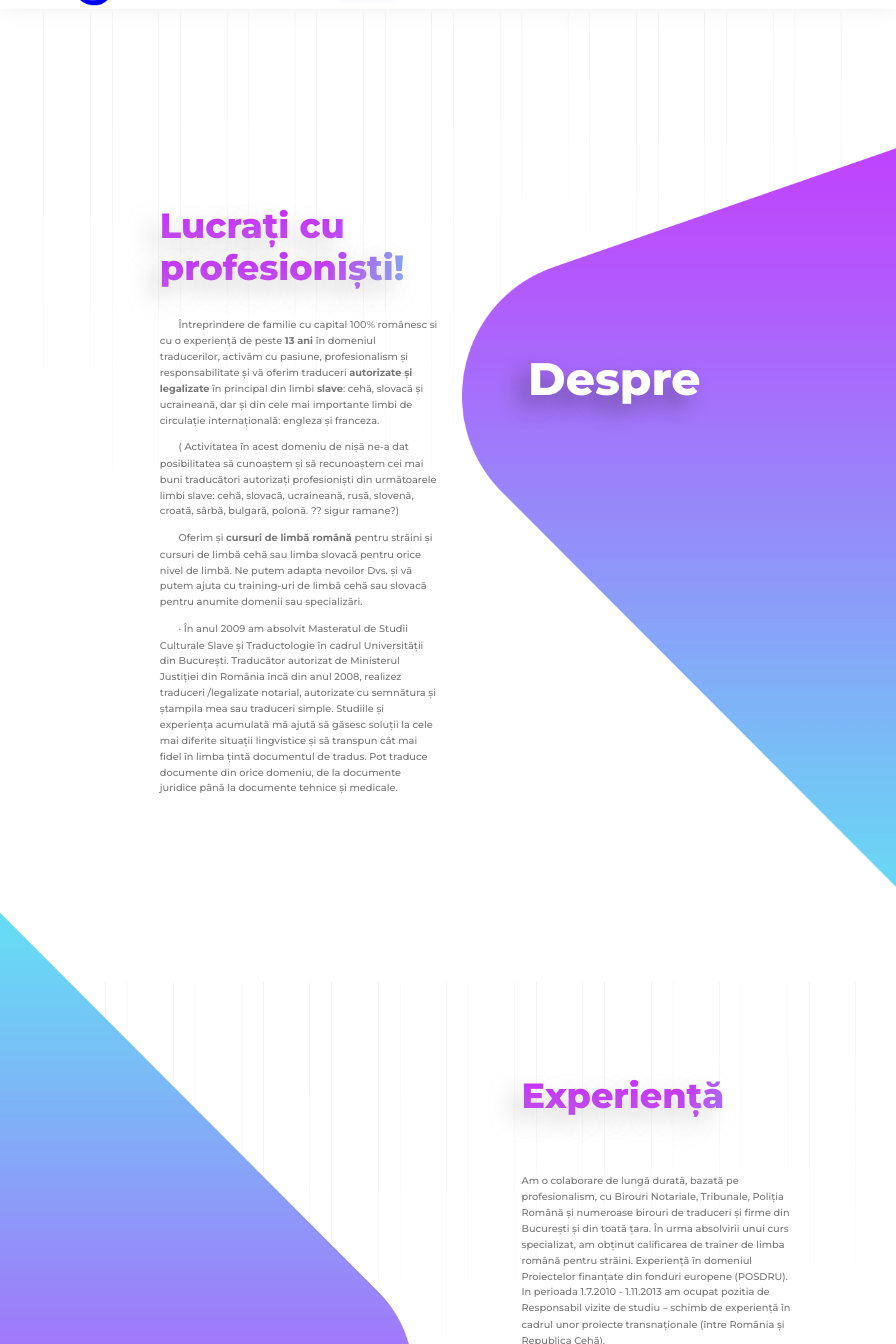
Repository: roscaImarius/site_traduceri
Page: index.html
These files come from the project's save history. The page is drawn as it stood at one moment and after the next save; the edit follows.
The browser window is 1280 px wide. The pictures show the part of the page from y = 678 to 2598 px (the page is 7580 px tall), at 70% of full size.

Above is the page before, as saved 2022-03-17 15:12:45.

### index.html
<!DOCTYPE html>
<html lang="en" class="no-js">
  <head>
    <meta
      name="viewport"
      content="width=device-width, initial-scale=1, shrink-to-fit=no"
    />
    <meta name="author" content="CodePixar" />
    <meta name="description" content="" />
    <meta name="keywords" content="" />
    <meta charset="UTF-8" />

    <title>Traduceri</title>

    <link
      href="https://fonts.googleapis.com/css?family=Montserrat:500,600,700,800,900"
      rel="stylesheet"
    />
    <link
      href="https://fonts.googleapis.com/css?family=Open+Sans:400,600"
      rel="stylesheet"
    />
    <!-- ===========================================
		CSS Files
    ============================================= -->
    <link rel="stylesheet" href="css/font-awesome.min.css" />
    <link rel="stylesheet" href="css/bootstrap.css" />
    <link rel="stylesheet" href="css/main.css" />
  </head>

  <body class="version5" id="top">
    <div class="se-pre-con"></div>

    <!--================ Start Banner Area =================-->
    <section class="home-area" id="home">
      <div class="banner-area relative">
        <div class="container-fluid">
          <div class="row justify-content-center height align-items-center">
            <div class="col-lg-5 col-md-6 col-sm-12">
              <div class="banner-img">
                <img class="img-fluid" src="img/banner-img5.jpg" alt="" />
              </div>
            </div>
            <div class="col-lg-5 col-md-6 col-sm-12">
              <div class="banner-content text-right">
                <h4 class="mb-30 hello text-uppercase text-white">
                  Salut, noi suntem
                </h4>
                <h1 class="name">Catrina Traduceri</h1>
                <p class="mt-5 h6 pHome dark">
                  Ne numărăm printre foarte puținii traducători autorizați de
                  Ministerul Justiției din România pentru traduceri din limbile
                  slave, de nisă: cehă, slovacă și ucraineană.
                </p>
              </div>
            </div>
          </div>
        </div>
      </div>
    </section>
    <!--================Header Menu Area =================-->
    <header class="header_area" id="header5">
      <div class="main_menu">
        <nav class="navbar navbar-expand-lg">
          <div class="container-fluid">
            <!-- Brand and toggle get grouped for better mobile display -->
            <a class="navbar-brand logo_h" href="index.html"
              ><img class="logoo" src="img/logo5_1.png" alt=""
            /></a>
            <button
              class="navbar-toggler"
              type="button"
              data-toggle="collapse"
              data-target="#navbarSupportedContent"
              aria-controls="navbarSupportedContent"
              aria-expanded="false"
              aria-label="Toggle navigation"
            >
              <i class="fas fa-bars"></i>
            </button>
            <!-- Collect the nav links, forms, and other content for toggling -->
            <div
              class="collapse navbar-collapse offset"
              id="navbarSupportedContent"
            >
              <ul class="nav navbar-nav menu_nav ml-auto nav5">
                <li class="nav-item active5">
                  <a class="nav-link" href="#home">Acasă</a>
                </li>
                <li class="nav-item">
                  <a class="nav-link" href="#about">Despre</a>
                </li>
                <li class="nav-item">
                  <a class="nav-link" href="#resume">Curriculum Vitae</a>
                </li>
                <li class="nav-item">
                  <a class="nav-link" href="#portfolio">prețuri</a>
                </li>
                <li class="nav-item">
                  <a class="nav-link" href="#contact">contact</a>
                </li>
              </ul>

              <!-- SOCIAL MEDIA -->
              <ul class="nav navbar-nav social-icons">
                <li class="nav-item">
                  <a href="https://www.facebook.com/catrina.traduceri">
                    <i class="fab fa-facebook-f"></i>
                  </a>
                </li>
                <li class="nav-item">
                  <a
                    href="https://www.linkedin.com/in/ionut-catrina-405244178/"
                  >
                    <i class="fab fa-linkedin"></i>
                  </a>
                </li>
                <li class="nav-item">
                  <a href="#">
                    <i class="fab fa-youtube"></i>
                  </a>
                </li>
              </ul>
            </div>
          </div>
        </nav>
      </div>
    </header>

    <!--================ Start About Area =================-->
    <section class="about-area section-gap-top-5 relative" id="about">
      <div class="container-fluid">
        <div class="row row-reverse">
          <div class="offset-lg-2 col-lg-4 col-md-12">
            <h2 class="heading mb-40">Lucrați cu profesioniști!</h2>
            <p style="text-indent: 20pt">
              Întreprindere de familie cu capital 100% românesc si cu o
              experiență de peste
              <span style="font-weight: bold">13 ani</span> în domeniul
              traducerilor, activăm cu pasiune, profesionalism și
              responsabilitate și vă oferim traduceri
              <span style="font-weight: bold"> autorizate și legalizate</span>
              în principal din limbi
              <span style="font-weight: bold">slave</span>: cehă, slovacă și
              ucraineană, dar și din cele mai importante limbi de circulație
              internațională: engleza și franceza. <br />
            </p>

            <p style="text-indent: 20pt">
              ( Activitatea în acest domeniu de nișă ne-a dat posibilitatea să
              cunoaștem și să recunoaștem cei mai buni traducători autorizați
              profesioniști din următoarele limbi slave: cehă, slovacă,
              ucraineană, rusă, slovenă, croată, sârbă, bulgară, polonă. ??
              sigur ramane?)
            </p>
            <p style="text-indent: 20pt">
              Oferim și
              <span style="font-weight: bold">cursuri de limbă română</span>
              pentru străini și cursuri de limbă cehă sau limba slovacă pentru
              orice nivel de limbă. Ne putem adapta nevoilor Dvs. și vă putem
              ajuta cu training-uri de limbă cehă sau slovacă pentru anumite
              domenii sau specializări.
            </p>
            <p class="mb-50" style="text-indent: 20pt">
              &middot; În anul 2009 am absolvit Masteratul de Studii Culturale
              Slave și Traductologie în cadrul Universității din București.
              Traducător autorizat de Ministerul Justiției din România încă din
              anul 2008, realizez traduceri /legalizate notarial, autorizate cu
              semnătura și ștampila mea sau traduceri simple. Studiile și
              experiența acumulată mă ajută să găsesc soluții la cele mai
              diferite situații lingvistice și să transpun cât mai fidel în
              limba țintă documentul de tradus. Pot traduce documente din orice
              domeniu, de la documente juridice până la documente tehnice și
              medicale.
            </p>
          </div>

          <div class="col-lg-6 p-0 col-md-12">
            <div class="right-side">
              <h2 class="text-white right-heading">Despre</h2>
            </div>
          </div>
        </div>
      </div>
    </section>

    <!--================ Start Experience Area =================-->
    <section class="experience-area relative" id="resume">
      <div class="container-fluid">
        <div class="row">
          <div class="col-lg-6 p-0 col-md-12">
            <div class="left-side">
              <h2 class="text-white indented cv left-heading">C.V.</h2>
            </div>
          </div>

          <div class="xpDiv col-lg-4 md-mr col-md-12">
            <h2 class="heading mb-80">Experiență</h2>
            <div class="resume-content">
              <div class="work-exp mb-50">
                <p>
                  Am o colaborare de lungă durată, bazată pe profesionalism, cu
                  Birouri Notariale, Tribunale, Poliția Română și numeroase
                  birouri de traduceri și firme din București și din toată țara.
                  În urma absolvirii unui curs specializat, am obținut
                  calificarea de trainer de limba română pentru străini.
                  Experiență în domeniul Proiectelor finanțate din fonduri
                  europene (POSDRU). In perioada 1.7.2010 - 1.11.2013 am ocupat
                  pozitia de Responsabil vizite de studiu – schimb de experiență
                  în cadrul unor proiecte transnaționale (între România și
                  Republica Cehă).
                </p>
              </div>

              <h2 class="heading mt-120 mb-80">Education</h2>
              <div class="study">
                <h4 class="subject">Master</h4>
                <p>
                  <span class="title">Session</span>
                  <span class="info">: 2010-11</span>
                </p>
                <p>
                  <span class="title">Result</span>
                  <span class="info">: 3.78 (In the Scale of 4.00)</span>
                </p>
              </div>

              <div class="study">
                <h4 class="subject">Bachelor</h4>
                <p>
                  <span class="title">Session</span>
                  <span class="info">: 2006-09</span>
                </p>
                <p>
                  <span class="title">Result</span>
                  <span class="info">: 3.40 (In the Scale of 4.00)</span>
                </p>
              </div>

              <div class="study">
                <h4 class="subject">Diploma</h4>
                <p>
                  <span class="title">Session</span>
                  <span class="info">: 20063-06</span>
                </p>
                <p>
                  <span class="title">Result</span>
                  <span class="info">: 4.94 (In the Scale of 5.00)</span>
                </p>
              </div>
            </div>
          </div>
        </div>
      </div>
    </section>

    <!--================ Start PRICE Area =================-->
    <section class="price-area section-gap-top-5 relative" id="portfolio">
      <div class="container-fluid">
        <div class="row row-reverse">
          <div class="divFaraPret offset-lg-2 col-lg-4 col-md-12">
            <h2 class="heading mb-40">Detalii tarife</h2>
            <h1>Text</h1>
            <p>
              Lorem ipsum dolor sit amet consectetur adipisicing elit. Tempora
              omnis rem magnam voluptatum molestiae, unde id fuga illum
              consequatur nisi? Unde voluptates quia enim ab quae consequatur.
              Doloremque amet eveniet autem hic error veniam ullam aliquid
              aperiam corrupti expedita tempora fugiat, accusantium esse alias
              ea quam architecto totam perferendis, eum excepturi consectetur,
              distinctio placeat! A iure sint corporis fuga aperiam quo incidunt
              enim aut vel totam, dolorum architecto sed placeat, doloribus quam
              fugit! Deserunt iure eligendi at laborum corrupti libero,
              molestias, aliquid hic, nihil non ad voluptatum esse molestiae
              quam culpa sit quos! Maiores molestiae ab laboriosam nam magnam,
              illo eligendi dolorem explicabo. Expedita consequatur debitis
              ratione excepturi exercitationem quam neque quaerat magni aliquid
              voluptate, velit voluptatem ut quasi facilis totam ipsa nulla unde
              assumenda perspiciatis non sequi pariatur repellat? Dicta voluptas
              magni id omnis eveniet sunt consectetur aperiam necessitatibus
              sequi tempora quos neque sit iure aspernatur deserunt atque cum,
              debitis quibusdam inventore facilis velit, consequatur nobis
              excepturi. Suscipit dolorem, quisquam quos non reiciendis, earum
              repudiandae error nobis aspernatur optio expedita eligendi atque
              odit nihil ullam cumque a sunt aperiam culpa obcaecati corporis
              iusto? Magnam sequi, necessitatibus nemo odit illo nobis aut,
              voluptas suscipit consequuntur voluptatibus nisi earum. Dolor,
              aperiam?
            </p>
          </div>

          <div class="divPreturi col-lg-6 p-0 col-md-12">
            <div class="right-side">
              <h2 class="text-white right-heading">Prețuri</h2>
            </div>
          </div>
        </div>
      </div>
    </section>

    <!--================ Start CONTACT Area =================-->
    <section class="client-area relative" id="contact">
      <div class="container-fluid">
        <div class="row">
          <div class="col-lg-6 p-0 col-md-12">
            <div class="left-side">
              <h2 class="text-white left-heading">Contact</h2>
            </div>
          </div>

          <div class="contactDiv offset-lg-2 col-lg-4 col-md-12">
            <div class="form-area text-left">
              <h5><i>Telefon:</i></h5>
              <p>+40 726 471 135 <br /></p>
            </div>

            <div class="form-area text-left">
              <h5><i>E-mail:</i></h5>
              <p>catrina.traduceri@yahoo.com</p>
            </div>

            <div class="form-area adresa text-left">
              <h5><i>Adresă:</i></h5>
              <p>
                Calea Dorobantilor nr. 135-145, bl. 10, sc. C, Ap. 156, sector
                1, Bucuresti.
              </p>
            </div>
            <img class="mapa" src="./img/mapa.png" alt="" />
            <img class="mapa" src="./img/mapa.png" alt="" />
            <img class="mapa" src="./img/mapa.png" alt="" />
          </div>
        </div>
      </div>
    </section>

    <!--= Start Scroll to Top Area ########## -->
    <div id="back-top">
      <a title="Go to Top" href="#">
        <i class="fas fa-angle-up"></i>
      </a>
    </div>

    <script src="js/vendor/jquery-2.2.4.min.js"></script>
    <!-- <script src="js/popper.min.js"></script> -->
    <script src="js/vendor/bootstrap.min.js"></script>
    <script src="js/jquery.ajaxchimp.min.js"></script>
    <script src="js/counter-up.js"></script>
    <script src="js/isotope.pkgd.min.js"></script>
    <script src="js/waypoints.min.js"></script>
    <script src="js/main.js"></script>
  </body>
</html>

Loaded but not shown: css/font-awesome.min.css (library); css/bootstrap.css (library); js/vendor/jquery-2.2.4.min.js (library); js/vendor/bootstrap.min.js (library); js/jquery.ajaxchimp.min.js (library); js/isotope.pkgd.min.js (library); js/waypoints.min.js (library); js/main.js (150 lines, source omitted); js/counter-up.js (8 lines, source omitted); css/main.css (1566 lines, source omitted)

After the next save:
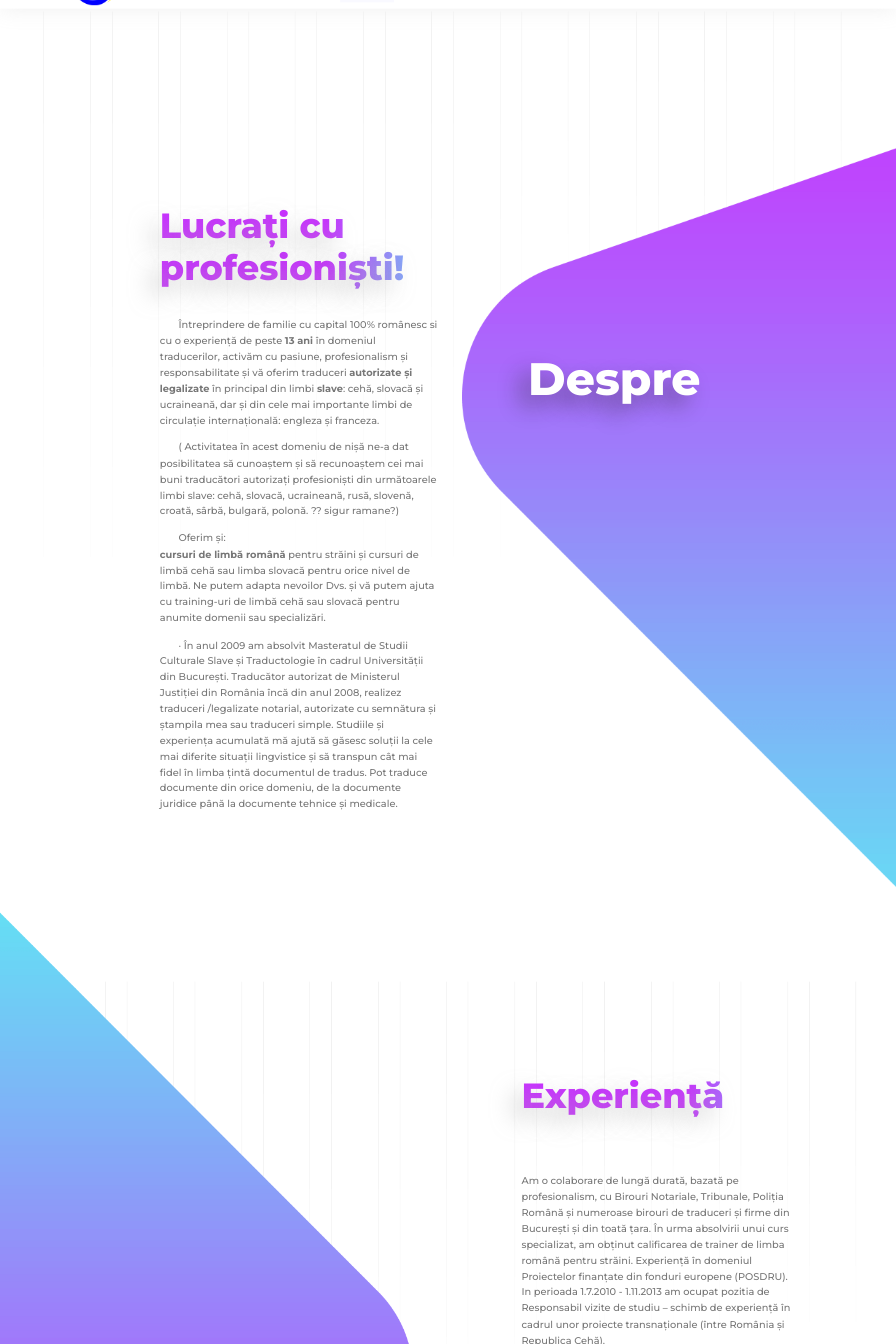
Saved 28 s later.
--- a/index.html
+++ b/index.html
@@ -154,7 +154,7 @@
               sigur ramane?)
             </p>
             <p style="text-indent: 20pt">
-              Oferim și
+              Oferim și: <br />
               <span style="font-weight: bold">cursuri de limbă română</span>
               pentru străini și cursuri de limbă cehă sau limba slovacă pentru
               orice nivel de limbă. Ne putem adapta nevoilor Dvs. și vă putem
